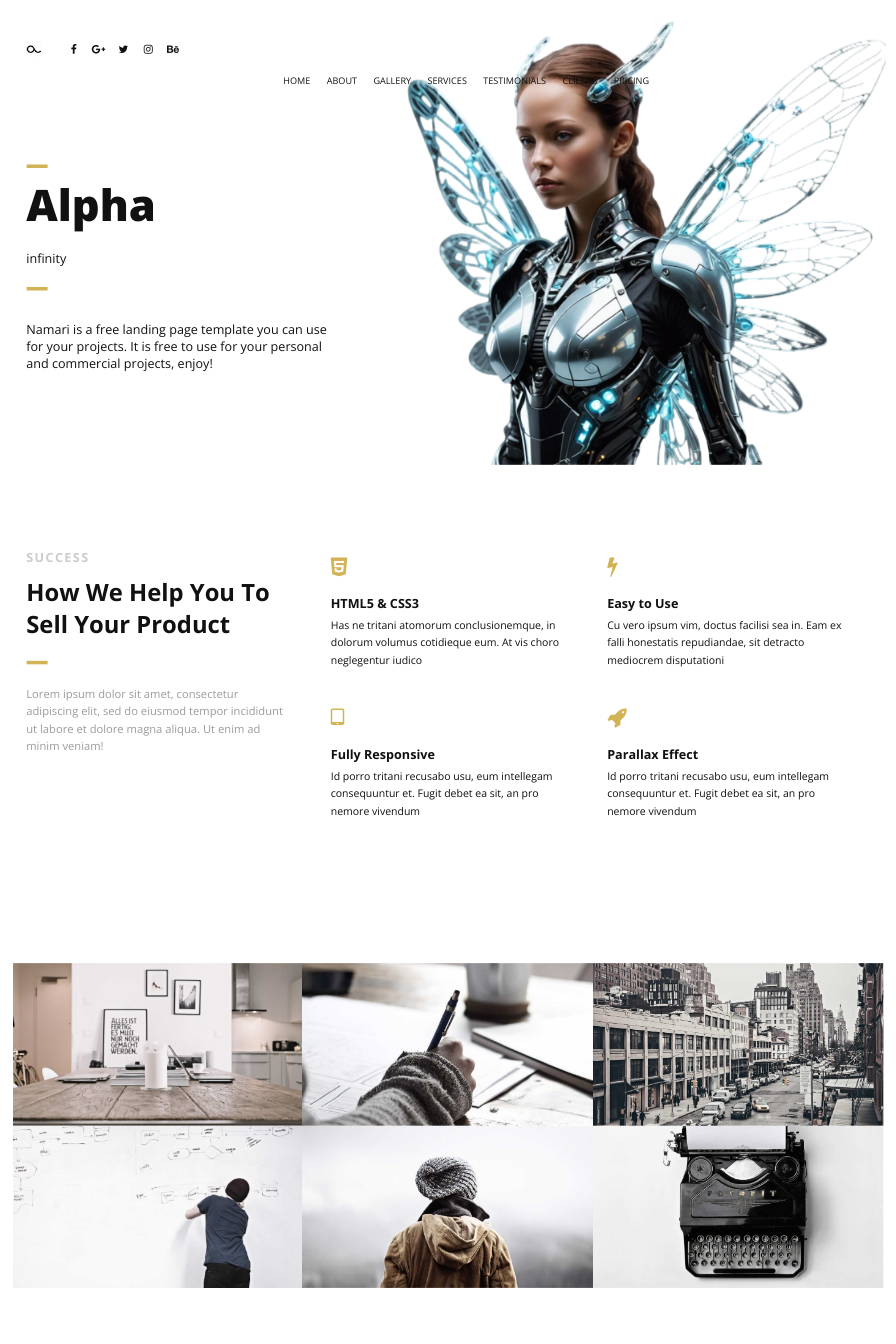
Repository: LukasMoyano/AlphaInfinityPresentationWepPage0.0.1a
Page: index.html
These files come from the project's save history. The page is drawn as it stood at one moment and after the next save; the edit follows.
The browser window is 1280 px wide. The pictures show the part of the page from y = 0 to 1920 px (the page is 5318 px tall before and 5462 px after), at 70% of full size.

Above is the page before, as saved 2024-05-16 18:05:48.

After the next save:
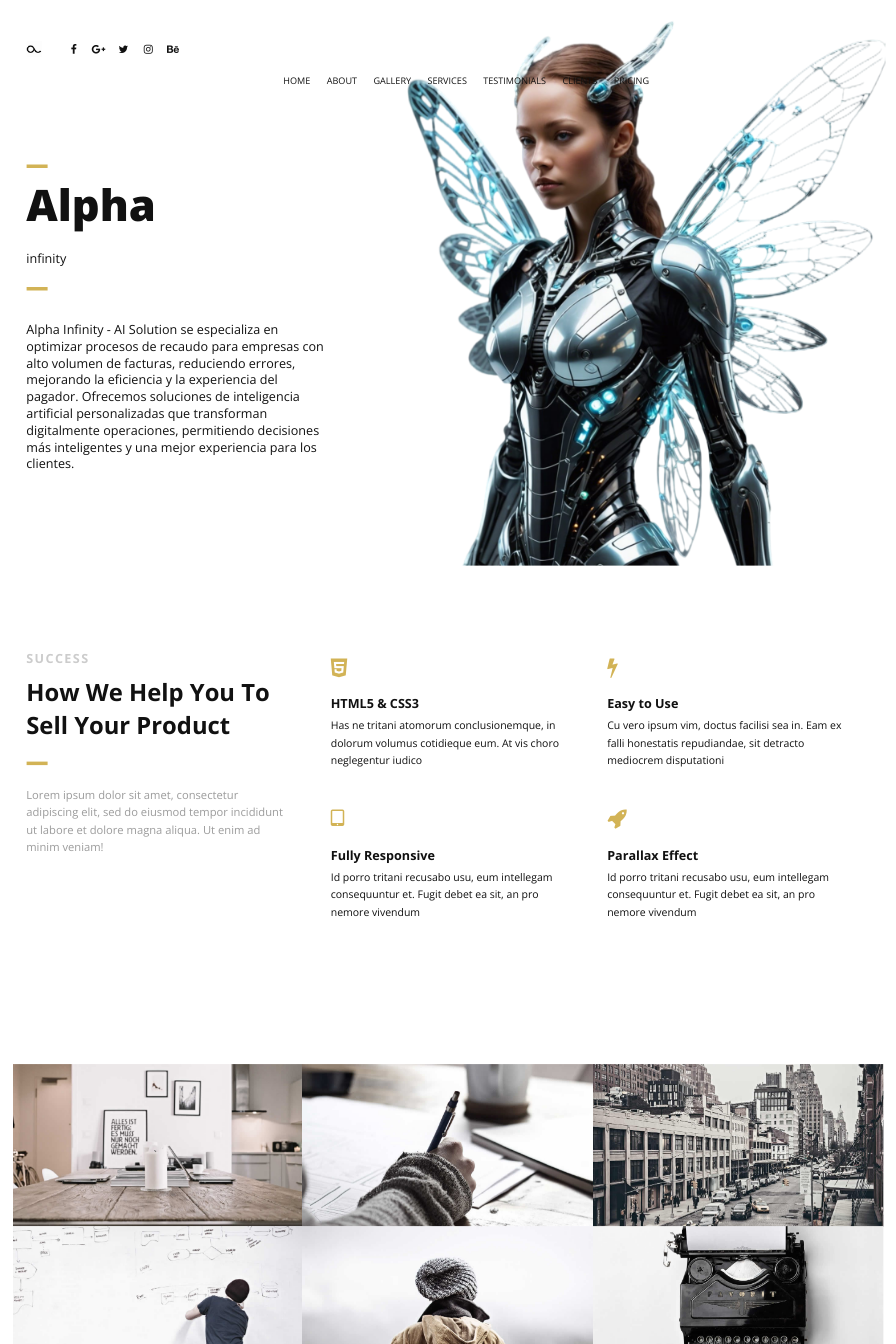
Saved 13 min 50 s later.
--- a/index.html
+++ b/index.html
@@ -144,9 +144,7 @@
                         <h2>infinity</h2>
 
                     </div>
-                    <h2>Namari is a free landing page template you can use for your projects. It is free to use for
-                        your
-                        personal and commercial projects, enjoy!</h2>
+                    <h2>Alpha Infinity - AI Solution se especializa en optimizar procesos de recaudo para empresas con alto volumen de facturas, reduciendo errores, mejorando la eficiencia y la experiencia del pagador. Ofrecemos soluciones de inteligencia artificial personalizadas que transforman digitalmente operaciones, permitiendo decisiones más inteligentes y una mejor experiencia para los clientes.</h2>
                 </div>
 
             </div>
